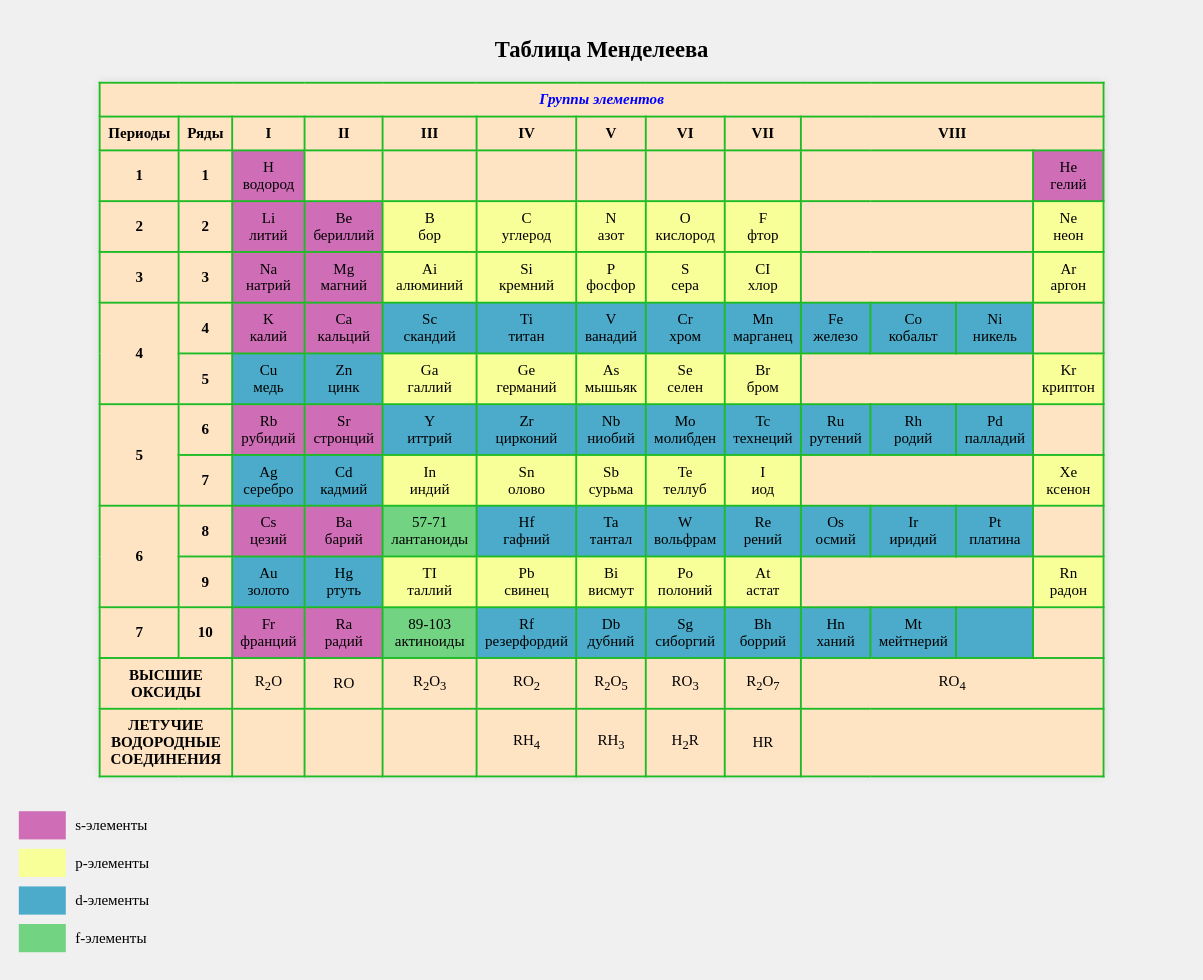
Repository: sannikovcode/exercises-a1
Page: JS/websites/01-periodic table/index.html
These files come from the project's save history. The page is drawn as it stood at one moment and after the next save; the edit follows.
The browser window is 1280 px wide. The pictures show the whole page, at 94% of full size.

Above is the page before, as saved 2025-10-18 16:29:23.

### JS/websites/01-periodic table/index.html
<!DOCTYPE html>
<html lang="en">

<head>
    <meta charset="UTF-8">
    <meta name="viewport" content="width=device-width, initial-scale=1.0">
    <title>Periodic table</title>
    <link rel="stylesheet" href="styles.css">
</head>

<body>
    <table>
        <caption>Таблица Менделеева</caption>
        <thead>
            <tr>
                <th colspan="13"><i>Группы элементов</i></th>
            </tr>
        </thead>

        <tbody>
            <tr>
                <th scope="col">Периоды</th>
                <th scope="col">Ряды</th>
                <th scope="col">I</th>
                <th scope="col">II</th>
                <th scope="col">III</th>
                <th scope="col">IV</th>
                <th scope="col">V</th>
                <th scope="col">VI</th>
                <th scope="col">VII</th>
                <th scope="col" colspan="4">VIII</th>
            </tr>
            <tr>
                <th scope="row">1</th>
                <th>1</th>
                <td class="s">H<br>водород</td>
                <td></td>
                <td></td>
                <td></td>
                <td></td>
                <td></td>
                <td></td>
                <td colspan="3"></td>
                <td class="s">He<br>гелий</td>
            </tr>
            <tr>
                <th scope="row">2</th>
                <th>2</th>
                <td class="s">Li<br>литий</td>
                <td class="s">Be<br>бериллий</td>
                <td class="p">B<br>бор</td>
                <td class="p">C<br>углерод</td>
                <td class="p">N<br>азот</td>
                <td class="p">O<br>кислород</td>
                <td class="p">F<br>фтор</td>
                <td colspan="3"></td>
                <td class="p">Ne<br>неон</td>
            </tr>
            <tr>
                <th scope="row">3</th>
                <th>3</th>
                <td class="s">Na<br>натрий</td>
                <td class="s">Mg<br>магний</td>
                <td class="p">Ai<br>алюминий</td>
                <td class="p">Si<br>кремний</td>
                <td class="p">P<br>фосфор</td>
                <td class="p">S<br>сера</td>
                <td class="p">CI<br>хлор</td>
                <td colspan="3"></td>
                <td class="p">Ar<br>аргон</td>
            </tr>
            <tr>
                <th scope="row" rowspan="2">4</th>
                <th>4</th>
                <td class="s">K<br>калий</td>
                <td class="s">Ca<br>кальций</td>
                <td class="d">Sc<br>скандий</td>
                <td class="d">Ti<br>титан</td>
                <td class="d">V<br>ванадий</td>
                <td class="d">Cr<br>хром</td>
                <td class="d">Mn<br>марганец</td>
                <td class="d">Fe<br>железо</td>
                <td class="d">Co<br>кобальт</td>
                <td class="d">Ni<br>никель</td>
                <td></td>
            </tr>
            <tr>
                <th>5</th>
                <td class="d">Cu<br>медь</td>
                <td class="d">Zn<br>цинк</td>
                <td class="p">Ga<br>галлий</td>
                <td class="p">Ge<br>германий</td>
                <td class="p">As<br>мышьяк</td>
                <td class="p">Se<br>селен</td>
                <td class="p">Br<br>бром</td>
                <td colspan="3"></td>
                <td class="p">Kr<br>криптон</td>
            </tr>
            <tr>
                <th scope="row" rowspan="2">5</th>
                <th>6</th>
                <td class="s">Rb<br>рубидий</td>
                <td class="s">Sr<br>стронций</td>
                <td class="d">Y<br>иттрий</td>
                <td class="d">Zr<br>цирконий</td>
                <td class="d">Nb<br>ниобий</td>
                <td class="d">Mo<br>молибден</td>
                <td class="d">Tc<br>технеций</td>
                <td class="d">Ru<br>рутений</td>
                <td class="d">Rh<br>родий</td>
                <td class="d">Pd<br>палладий</td>
                <td></td>
            </tr>
            <tr>
                <th>7</th>
                <td class="d">Ag<br>серебро</td>
                <td class="d">Cd<br>кадмий</td>
                <td class="p">In<br>индий</td>
                <td class="p">Sn<br>олово</td>
                <td class="p">Sb<br>сурьма</td>
                <td class="p">Te<br>теллуб</td>
                <td class="p">I<br>иод</td>
                <td colspan="3"></td>
                <td class="p">Xe<br>ксенон</td>
            </tr>
            <tr>
                <th scope="row" rowspan="2">6</th>
                <th>8</th>
                <td class="s">Cs<br>цезий</td>
                <td class="s">Ba<br>барий</td>
                <td class="f">57-71<br>лантаноиды</td>
                <td class="d">Hf<br>гафний</td>
                <td class="d">Ta<br>тантал</td>
                <td class="d">W<br>вольфрам</td>
                <td class="d">Re<br>рений</td>
                <td class="d">Os<br>осмий</td>
                <td class="d">Ir<br>иридий</td>
                <td class="d">Pt<br>платина</td>
                <td></td>
            </tr>
            <tr>
                <th>9</th>
                <td class="d">Au<br>золото</td>
                <td class="d">Hg<br>ртуть</td>
                <td class="p">TI<br>таллий</td>
                <td class="p">Pb<br>свинец</td>
                <td class="p">Bi<br>висмут</td>
                <td class="p">Po<br>полоний</td>
                <td class="p">At<br>астат</td>
                <td colspan="3"></td>
                <td class="p">Rn<br>радон</td>
            </tr>
            <tr>
                <th scope="row">7</th>
                <th>10<br></th>
                <td class="s">Fr<br>франций</td>
                <td class="s">Ra<br>радий</td>
                <td class="f">89-103<br>актиноиды</td>
                <td class="d">Rf<br>резерфордий</td>
                <td class="d">Db<br>дубний</td>
                <td class="d">Sg<br>сиборгий</td>
                <td class="d">Bh<br>боррий</td>
                <td class="d">Hn<br>ханий</td>
                <td class="d">Mt<br>мейтнерий</td>
                <td class="d"></td>
                <td></td>
            </tr>
            <tr>
                <th colspan="2">ВЫСШИЕ <br>ОКСИДЫ</th>
                <td>R<sub>2</sub>O</td>
                <td>RO</td>
                <td>R<sub>2</sub>O<sub>3</sub></td>
                <td>RO<sub>2</sub></td>
                <td>R<sub>2</sub>O<sub>5</sub></td>
                <td>RO<sub>3</sub></td>
                <td>R<sub>2</sub>O<sub>7</sub></td>
                <td colspan="4">RO<sub>4</sub></td>
            </tr>
            <tr>
                <th colspan="2">ЛЕТУЧИЕ <br>ВОДОРОДНЫЕ <br> СОЕДИНЕНИЯ</th>
                <td></td>
                <td></td>
                <td></td>
                <td>RH<sub>4</sub></td>
                <td>RH<sub>3</sub></td>
                <td>H<sub>2</sub>R</td>
                <td>HR</td>
                <td colspan="4"></td>
            </tr>
        </tbody>
    </table>
    <br>
    <br>
    <tfoot>
        <div class="item">
            <div class="rectangle s"></div>
            <span>s-элементы</span>
        </div>

        <div class="item">
            <div class="rectangle p"></div>
            <span>p-элементы</span>
        </div>

        <div class="item">
            <div class="rectangle d"></div>
            <span>d-элементы</span>
        </div>

        <div class="item">
            <div class="rectangle f"></div>
            <span>f-элементы</span>
        </div>

    </tfoot>

    </table>




</body>

</html>

### JS/websites/01-periodic table/styles.css
/* 1 */
table {
  background-color: #ffffff; /* фон таблицы */
  border-collapse: collapse;
  width: 100%;
  max-width: 900px;
  margin: 0 auto;
  box-shadow: 0 0 10px rgba(0,0,0,0.1);
}
table, th, td {
  border: 2px solid #1dbb25;
}

th, td {
  padding: 8px;
  text-align: center;
  background-color: bisque;
}
caption {
  caption-side: top;
  font-weight: bold;
  padding: 20px;
  font-size: 1.5em;
}
thead {
  background-color: #222;   /* тёмный фон для заголовков */
  color: blue;              /* светлый текст */
  font-weight: bold;
}
tbody tr:hover {
  background-color: #7e3e3e;     /* выделение строки при наведении */
  color: #2a1199;
}
body {
  background-color: #f0f0f0; /* фон всей страницы */
  margin: 0;
  padding: 20px;
}


/* элементы */
.s {
  background-color: rgb(207, 109, 183);
}

.p {
  background-color: rgb(248, 255, 152);
}

.d {
  background-color: rgb(76, 171, 202);
}

.f {
  background-color: rgb(114, 211, 130);
}


.item {
    display: flex;
    align-items: center;
    margin-bottom: 10px;
}
  .rectangle {
    width: 50px;
    height: 30px;
    margin-right: 10px;
}

After the next save:
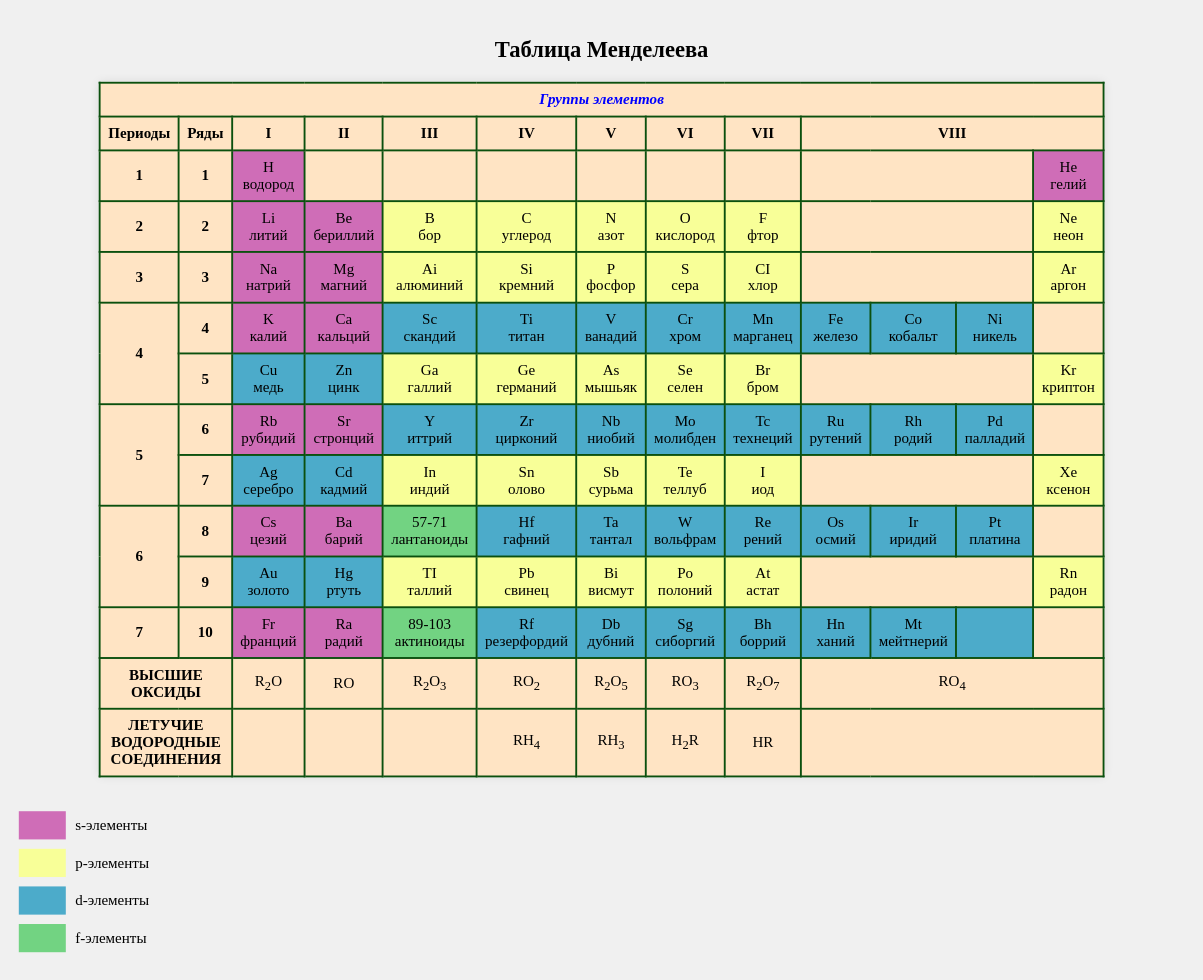
Saved 8 s later.
--- a/JS/websites/01-periodic table/styles.css
+++ b/JS/websites/01-periodic table/styles.css
@@ -8,7 +8,7 @@ table {
   box-shadow: 0 0 10px rgba(0,0,0,0.1);
 }
 table, th, td {
-  border: 2px solid #1dbb25;
+  border: 2px solid #0b500e;
 }
 
 th, td {
